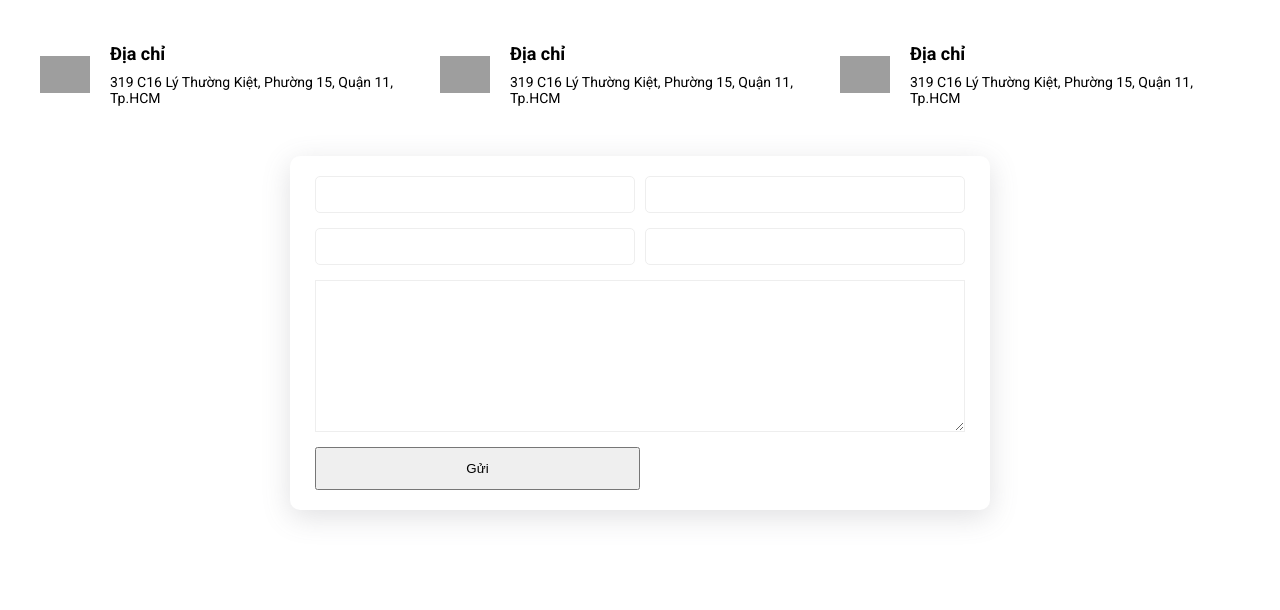
Repository: web345/WEBNANGCAO-clock-
Page: contact.html
These files come from the project's save history. The page is drawn as it stood at one moment and after the next save; the edit follows.
The browser window is 1280 px wide. The pictures show the part of the page from y = 678 to 1288 px (the page is 1288 px tall).
Pictures or frames that could not be fetched are drawn as grey boxes. Some web libraries are served in a nearby version.

Above is the page before, as saved 2021-09-10 20:30:13.

### contact.html
<!DOCTYPE html>
<html lang="en">
  <head>
    <meta charset="UTF-8" />
    <meta http-equiv="X-UA-Compatible" content="IE=edge" />
    <meta name="viewport" content="width=device-width, initial-scale=1.0" />
    <title>Document</title>
    <link rel="preconnect" href="https://fonts.gstatic.com" />
    <link
      href="https://fonts.googleapis.com/css2?family=Roboto:ital,wght@0,100;0,300;0,400;0,500;0,700;0,900;1,100;1,300;1,400;1,500;1,700;1,900&display=swap"
      rel="stylesheet"
    />
    <link rel="stylesheet" href="./CSS/index.css" />
    <link rel="stylesheet" href="./CSS/contact.css" />
    <link
      rel="stylesheet"
      href="https://cdnjs.cloudflare.com/ajax/libs/font-awesome/5.15.3/css/all.min.css"
    />
    <!-- thư viện slick slider  -->
    <link
      rel="stylesheet"
      type="text/css"
      href="//cdn.jsdelivr.net/npm/slick-carousel@1.8.1/slick/slick.css"
    />
  </head>
  <body>
    <header>
      <div class="header-1">
        <div class="container">
          <div class="header-1-s">
            <div class="header-1-item-1">
              <p class="header-1-item-text-1">
                <i class="fas fa-map-marker-alt icon"></i> 319 - C16 Lý Thường
                Kiệt, P.15, Q.11, Tp.HCM
              </p>
              <p class="header-1-item-text-1">
                <i class="fas fa-phone-alt icon"></i>
                <a href="" class="header-1-item-text-link">076 922 0162</a>
              </p>
            </div>
            <div class="header-1-item-1">
              <p class="header-1-item-text-2">
                <a href="" class="header-1-item-text-link"
                  ><i class="fab fa-facebook-f"></i
                ></a>
              </p>
              <p class="header-1-item-text-2">
                <a href="" class="header-1-item-text-link"
                  ><i class="fab fa-instagram"></i
                ></a>
              </p>
              <p class="header-1-item-text-2">
                <a href="" class="header-1-item-text-link"
                  ><i class="fab fa-twitter"></i
                ></a>
              </p>
            </div>
          </div>
        </div>
      </div>

      <div class="header-2">
        <div class="container">
          <div class="header-2-s">
            <div class="header-2-logo">
              <img src="./logo/logo-mona-2.png" alt="" />
            </div>

            <div class="header-2-search">
              <input type="text" placeholder="Tìm kiếm" />
              <button type="submit"><i class="fas fa-search"></i></button>
            </div>

            <div class="header-2-right">
              <p class="header-2-right-text">
                <a href=""><i class="fas fa-heart"></i></a>
              </p>
              <p class="header-2-right-cart">
                <span class="header-2-right-number">0</span>
              </p>
            </div>
          </div>
        </div>
      </div>

      <!-- lam phan icon de dropmenu khi responsive -->
      <input type="checkbox" id="toggle-menu" />
      <label for="toggle-menu" class="header-icon-responsive">
        <i class="fas fa-bars" id="header-icon1"></i>
        <i class="fas fa-times" id="header-icon2"></i>
      </label>
      <div class="header-3">
        <div class="header-3-s">
          <ul class="header-3-list">
            <li class="header-3-list-item active">
              <a href="./index.html" class="header-3-list-item-link"
                >Trang chủ</a
              >
            </li>
            <li class="header-3-list-item">
              <a href="./introduce.html" class="header-3-list-item-link"
                >Giới thiệu</a
              >
            </li>
            <li class="header-3-list-item">
              <a href="./product-boy.html" class="header-3-list-item-link"
                >đồng hồ nam</a
              >
            </li>
            <li class="header-3-list-item">
              <a href="./product-girl.html" class="header-3-list-item-link"
                >đồng hồ nữ</a
              >
            </li>
            <li class="header-3-list-item">
              <a href="./news.html" class="header-3-list-item-link">blogs</a>
            </li>
            <li class="header-3-list-item">
              <a href="./contact.html" class="header-3-list-item-link"
                >liên hệ</a
              >
            </li>
            <li class="header-3-list-item">
              <a href="" class="header-3-list-item-link">Đăng nhập</a>
            </li>
            <li class="header-3-list-item header-3-list-item-mobile">
              <div class="header-3-list-item-search">
                <input
                  type="text"
                  name=""
                  id=""
                  class="header-3-list-item-search-input"
                  placeholder="Tìm kiếm"
                />
                <button class="header-3-list-item-search-btn" type="submit">
                  <i class="fas fa-search"></i>
                </button>
              </div>
            </li>
          </ul>
        </div>
      </div>
    </header>
    <!-- hết phần header  -->

    <div class="contact">
      <div class="container">
        <div class="contact-maps">
          <div class="contact__maps-epu">
            <iframe
              src="https://www.google.com/maps/embed?pb=!1m18!1m12!1m3!1d3723.657060482336!2d105.78272751429809!3d21.04640359255304!2m3!1f0!2f0!3f0!3m2!1i1024!2i768!4f13.1!3m3!1m2!1s0x3135abb158a2305d%3A0x5c357d21c785ea3d!2zVHLGsOG7nW5nIMSQ4bqhaSBo4buNYyDEkGnhu4duIEzhu7Fj!5e0!3m2!1svi!2s!4v1631268219230!5m2!1svi!2s"
              width="1200"
              height="450"
              style="border: 0"
              allowfullscreen=""
              loading="lazy"
            ></iframe>
          </div>
        </div>
        <div class="contact-list">
          <div class="contact-item">
            <img src="./contact/contact1.PNG" alt="" class="contact-image" />
            <div class="contact-info">
              <h3 class="info-name">Địa chỉ</h3>
              <p class="info-desc">
                319 C16 Lý Thường Kiệt, Phường 15, Quận 11, Tp.HCM
              </p>
            </div>
          </div>
          <div class="contact-item">
            <img src="./contact/contact1.PNG" alt="" class="contact-image" />
            <div class="contact-info">
              <h3 class="info-name">Địa chỉ</h3>
              <p class="info-desc">
                319 C16 Lý Thường Kiệt, Phường 15, Quận 11, Tp.HCM
              </p>
            </div>
          </div>
          <div class="contact-item">
            <img src="./contact/contact1.PNG" alt="" class="contact-image" />
            <div class="contact-info">
              <h3 class="info-name">Địa chỉ</h3>
              <p class="info-desc">
                319 C16 Lý Thường Kiệt, Phường 15, Quận 11, Tp.HCM
              </p>
            </div>
          </div>
        </div>
        <form action="#">
          <div class="form-group">
            <input type="text" class="contact-form" />
            <input type="text" class="contact-form" />
          </div>
          <div class="form-group">
            <input type="text" class="contact-form" />
            <input type="text" class="contact-form" />
          </div>
          <div class="form-group">
            <textarea name="" id="" cols="30" rows="10"></textarea>
          </div>
          <button type="submit" class="btn-contact">Gửi</button>
        </form>
      </div>
    </div>

    <!-- làm phần footer  -->
    <!-- <footer>
      <div class="container">
        <div class="footer-s">
          <div class="row2">
            <div class="footer-item footer-item-1">
              <h2 class="footer-item-tittle">THÔNG TIN LIÊN HỆ</h2>
              <div class="footer-item-list">
                <div class="footer-item-list-item">
                  <div class="footer-item-list-item-icon">
                    <i class="fas fa-map-marker-alt"></i>
                  </div>
                  <div class="footer-item-list-item-text">
                    <p>
                      <a href=""
                        >319 C16 Lý Thường Kiệt, Phường 15, Quận 11, Tp.HCM</a
                      >
                    </p>
                  </div>
                </div>

                <div class="footer-item-list-item">
                  <div class="footer-item-list-item-icon">
                    <i class="fas fa-phone-alt"></i>
                  </div>
                  <div class="footer-item-list-item-text">
                    <p><a href="">076 922 0162</a></p>
                  </div>
                </div>

                <div class="footer-item-list-item">
                  <div class="footer-item-list-item-icon">
                    <i class="fas fa-envelope-open-text"></i>
                  </div>
                  <div class="footer-item-list-item-text">
                    <p><a href="">demonhunterg@gmail.com mon@mona.media</a></p>
                  </div>
                </div>

                <div class="footer-item-list-item">
                  <div class="footer-item-list-item-icon">
                    <i class="fab fa-skype"></i>
                  </div>
                  <div class="footer-item-list-item-text">
                    <p><a href="">demonhunterp</a></p>
                  </div>
                </div>
              </div>
              <div class="footer-item-icon">
                <div class="footer-item-icon-item footer-item-icon-item-face">
                  <a href=""><i class="fab fa-facebook-f"></i></a>
                </div>
                <div class="footer-item-icon-item footer-item-icon-item-insta">
                  <a href=""><i class="fab fa-instagram"></i></a>
                </div>
                <div
                  class="footer-item-icon-item footer-item-icon-item-twitter"
                >
                  <a href=""><i class="fab fa-twitter"></i></a>
                </div>
                <div class="footer-item-icon-item footer-item-icon-item-wifi">
                  <a href=""><i class="fas fa-wifi"></i></a>
                </div>
                <div class="footer-item-icon-item footer-item-icon-item-linked">
                  <a href=""><i class="fab fa-linkedin-in"></i></a>
                </div>
              </div>
            </div>

            <div class="footer-item footer-item-1">
              <h2 class="footer-item-tittle">LIÊN KẾT</h2>
              <div class="footer-item-list">
                <div class="footer-item-list-item">
                  <div class="footer-item-list-item-text">
                    <p><a href="./introduce.html">Giới thiệu</a></p>
                  </div>
                </div>

                <div class="footer-item-list-item">
                  <div class="footer-item-list-item-text">
                    <p><a href="./product-boy.html">Đồng hồ nam</a></p>
                  </div>
                </div>

                <div class="footer-item-list-item">
                  <div class="footer-item-list-item-text">
                    <p><a href="./product-girl.html">Đồng hồ nữ</a></p>
                  </div>
                </div>

                <div class="footer-item-list-item">
                  <div class="footer-item-list-item-text">
                    <p><a href="./news.html">Blogs</a></p>
                  </div>
                </div>

                <div class="footer-item-list-item">
                  <div class="footer-item-list-item-text">
                    <p><a href="./contact.html">Liên hệ</a></p>
                  </div>
                </div>
              </div>
            </div>

            <div class="footer-item footer-item-1">
              <h2 class="footer-item-tittle">HỖ TRỢ</h2>
              <div class="footer-item-list">
                <div class="footer-item-list-item">
                  <div class="footer-item-list-item-text">
                    <p><a href="./introduce.html">Hướng dẫn mua hàng</a></p>
                  </div>
                </div>

                <div class="footer-item-list-item">
                  <div class="footer-item-list-item-text">
                    <p><a href="./introduce.html">Hướng dẫn thanh toán</a></p>
                  </div>
                </div>

                <div class="footer-item-list-item">
                  <div class="footer-item-list-item-text">
                    <p><a href="./introduce.html">Chính sách bảo hành</a></p>
                  </div>
                </div>

                <div class="footer-item-list-item">
                  <div class="footer-item-list-item-text">
                    <p><a href="./introduce.html">Chính sách đổi trả</a></p>
                  </div>
                </div>

                <div class="footer-item-list-item">
                  <div class="footer-item-list-item-text">
                    <p><a href="./contact.html">Tư vấn khách hàng</a></p>
                  </div>
                </div>
              </div>
            </div>

            <div class="footer-item footer-item-4">
              <h2 class="footer-item-tittle">TẢI ỨNG DỤNG TRÊN</h2>
              <div class="footer-item-list">
                <div class="footer-item-list-item">
                  <div class="footer-item-list-item-text">
                    <p>
                      <a href=""
                        >Ứng dụng Mona Watch hiện có sẵn trên Google Play & App
                        Store. Tải nó ngay.</a
                      >
                    </p>
                  </div>
                </div>

                <div class="footer-item-list-item">
                  <img
                    class="footer-item-list-item-img"
                    src="http://mauweb.monamedia.net/donghohaitrieu/wp-content/uploads/2019/07/img-googleplay.jpg"
                    alt=""
                  />
                </div>

                <div class="footer-item-list-item">
                  <img
                    class="footer-item-list-item-img"
                    src="http://mauweb.monamedia.net/donghohaitrieu/wp-content/uploads/2019/07/img-appstore.jpg"
                    alt=""
                  />
                </div>
              </div>
            </div>
          </div>
        </div>
      </div>
      <h3 class="footer-banquyen">Lương Ngọc Vinh - Nguyễn Huy Hoàng</h3>
    </footer> -->

    <!-- thư viện js của jquery -->
    <script src="https://cdnjs.cloudflare.com/ajax/libs/jquery/3.6.0/jquery.min.js"></script>
    <!-- thư viện js của AOS -->
    <script src="https://cdnjs.cloudflare.com/ajax/libs/aos/2.0.2/aos.js"></script>
    <script>
      AOS.init({
        offset: 120,
        duration: 500,
      });
    </script>
    <!-- thư viện js của slick slider -->
    <script
      type="text/javascript"
      src="//cdn.jsdelivr.net/npm/slick-carousel@1.8.1/slick/slick.min.js"
    ></script>
    <script>
      $(document).ready(function () {
        $(".single-item").slick({
          autoplay: true,
          autoplaySpeed: 2000,
          prevArrow: ".main-banner-arrow-left",
          nextArrow: ".main-banner-arrow-right",
        });

        $(".responsive").slick({
          dots: false,
          infinite: true,
          speed: 300,
          slidesToShow: 4,
          slidesToScroll: 4,
          prevArrow: ".main-3-tittle-arrow-left",
          nextArrow: ".main-3-tittle-arrow-right",
          autoplay: true,
          autoplaySpeed: 1500,
          responsive: [
            {
              breakpoint: 1024,
              settings: {
                slidesToShow: 3,
                slidesToScroll: 3,
                infinite: true,
                dots: false,
              },
            },
            {
              breakpoint: 680,
              settings: {
                slidesToShow: 2,
                slidesToScroll: 2,
              },
            },
            {
              breakpoint: 480,
              settings: {
                slidesToShow: 1,
                slidesToScroll: 1,
              },
            },
            // You can unslick at a given breakpoint now by adding:
            // settings: "unslick"
            // instead of a settings object
          ],
        });
      });
    </script>
  </body>
</html>

### CSS/contact.css
.contact {
  margin-top: 30px;
  margin-bottom: 100px;
}

.contact-list {
  margin-top: 40px;
  display: flex;
  justify-content: space-between;
}
.contact-item {
  display: flex;
  align-items: center;
}

.contact-item img {
  width: 50px;
  margin-right: 20px;
}

h3.info-name {
  font-size: 18px;
  margin-bottom: 10px;
}

form {
  max-width: 700px;
  width: 100%;
  margin: 50px auto 0;
  background-color: #fff;
  box-shadow: rgba(100, 100, 111, 0.2) 0px 7px 29px 0px;
  padding: 20px 25px;
  border-radius: 10px;
}

.form-group {
  display: flex;
  align-items: center;
  gap: 10px;
  margin-bottom: 15px;
}

.form-group input {
  width: 50%;
  padding: 10px 15px;
  outline: none;
  border: 1px solid #eee;
  border-radius: 5px;
  transition: all 0.25s linear;
}

.form-group input:focus {
  border-color: #3d6ef7;
}

.form-group textarea {
  width: 100%;
  outline: none;
  border: 1px solid #eee;
}

button.btn-contact {
  margin: 0 auto;
  padding: 12px 24px;
  width: 50%;
}

Loaded but not shown: CSS/index.css (1088 lines, source omitted)

After the next save:
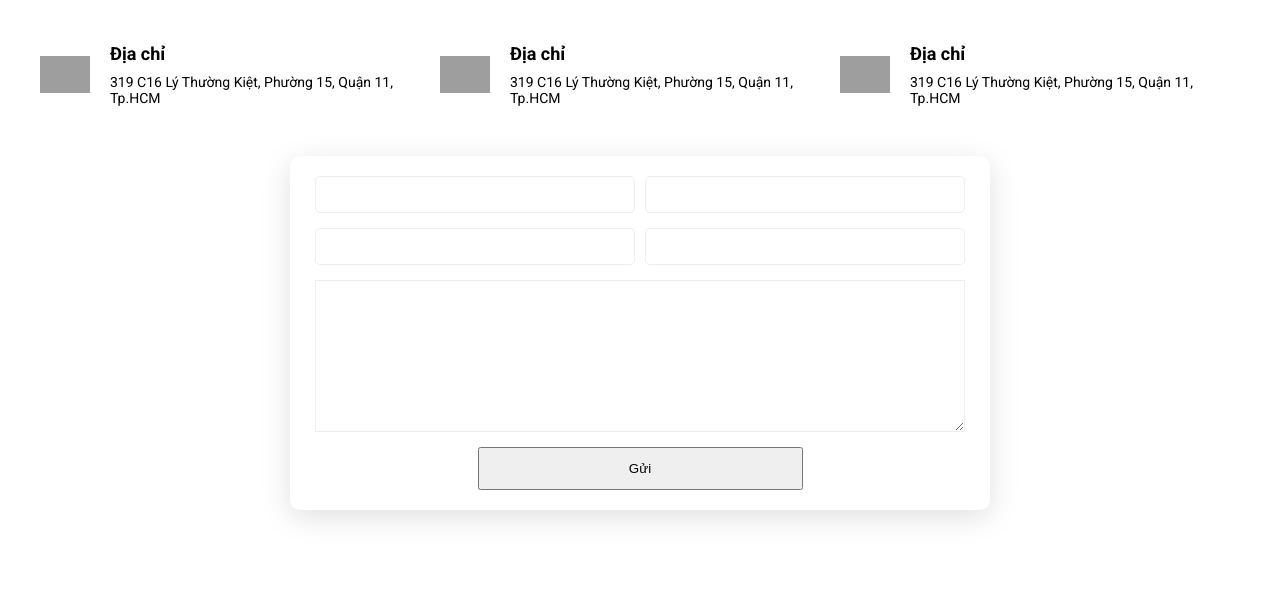
Saved 49 s later.
--- a/CSS/contact.css
+++ b/CSS/contact.css
@@ -63,4 +63,6 @@ button.btn-contact {
   margin: 0 auto;
   padding: 12px 24px;
   width: 50%;
+  display: block;
+  outline: none;
 }
